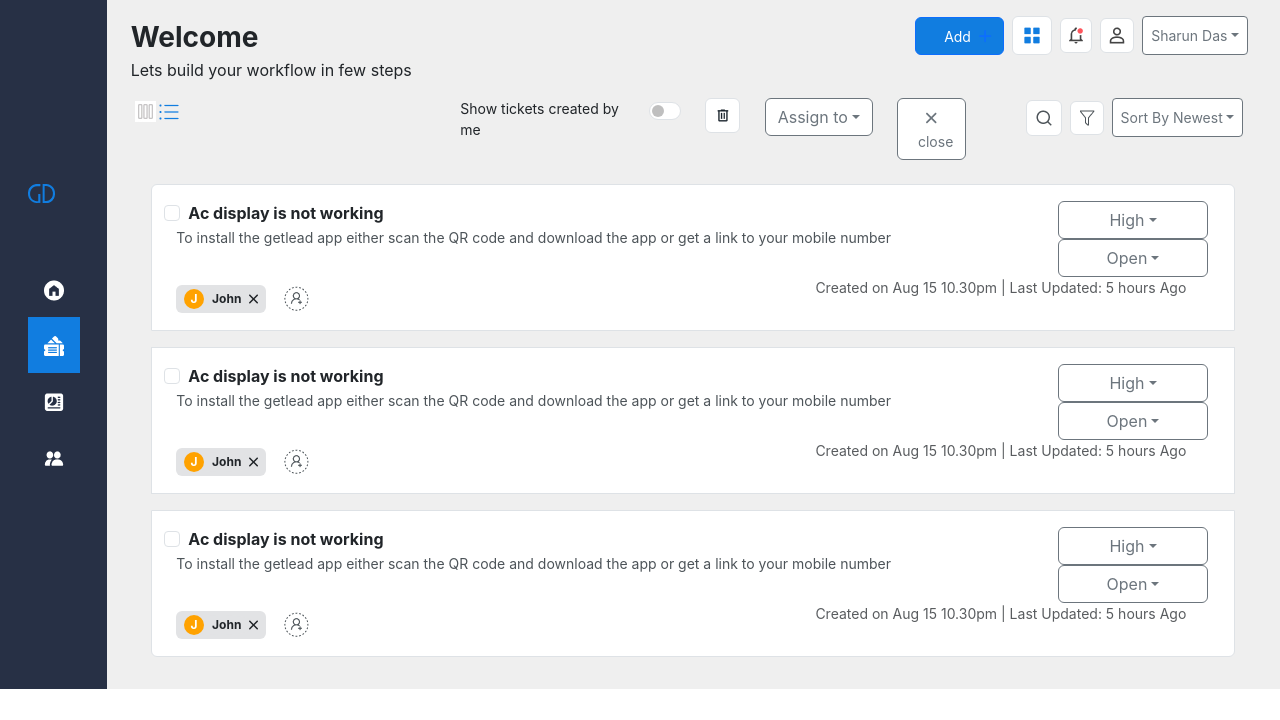
Repository: rishikarajeev/GL_HelpDesk
Page: /
An editor plug-in stored every save of this project. The page is shown before and after a run of saves, followed by the edit.
The browser window is 1280 px wide. The pictures show the whole page.
The project was rebuilt for these pictures with package versions that can differ from the ones it lists, and the page was loaded fresh each time. Also part of the build but not shown: src/App.css, src/Pages/HomePage.jsx.

Above is the page before, as saved 2024-01-11 14:10:08.

### public/index.html
<!DOCTYPE html>
<html lang="en">
  <head>
    <meta charset="utf-8" />
    <link rel="icon" href="%PUBLIC_URL%/favicon.ico" />
    <meta name="viewport" content="width=device-width, initial-scale=1" />
    <meta name="theme-color" content="#000000" />
    <meta
      name="description"
      content="Web site created using create-react-app"
    />
    <link rel="apple-touch-icon" href="%PUBLIC_URL%/logo192.png" />
    <link href="https://cdn.jsdelivr.net/npm/bootstrap@5.3.2/dist/css/bootstrap.min.css" rel="stylesheet" integrity="sha384-T3c6CoIi6uLrA9TneNEoa7RxnatzjcDSCmG1MXxSR1GAsXEV/Dwwykc2MPK8M2HN" crossorigin="anonymous">
   <script src="https://cdn.jsdelivr.net/npm/bootstrap@5.3.2/dist/js/bootstrap.bundle.min.js" integrity="sha384-C6RzsynM9kWDrMNeT87bh95OGNyZPhcTNXj1NW7RuBCsyN/o0jlpcV8Qyq46cDfL" crossorigin="anonymous"></script>

   <!--
      manifest.json provides metadata used when your web app is installed on a
      user's mobile device or desktop. See https://developers.google.com/web/fundamentals/web-app-manifest/
    -->
    <link rel="manifest" href="%PUBLIC_URL%/manifest.json" />
    <!--
      Notice the use of %PUBLIC_URL% in the tags above.
      It will be replaced with the URL of the `public` folder during the build.
      Only files inside the `public` folder can be referenced from the HTML.

      Unlike "/favicon.ico" or "favicon.ico", "%PUBLIC_URL%/favicon.ico" will
      work correctly both with client-side routing and a non-root public URL.
      Learn how to configure a non-root public URL by running `npm run build`.
    -->
    <title>React App</title>
  </head>
  <body>
    <noscript>You need to enable JavaScript to run this app.</noscript>
    <div id="root"></div>
    <!--
      This HTML file is a template.
      If you open it directly in the browser, you will see an empty page.

      You can add webfonts, meta tags, or analytics to this file.
      The build step will place the bundled scripts into the <body> tag.

      To begin the development, run `npm start` or `yarn start`.
      To create a production bundle, use `npm run build` or `yarn build`.
    -->
  </body>
</html>

### src/index.js
import React from "react";
import ReactDOM from "react-dom/client";
import "./index.css";
import App from "./App";
import reportWebVitals from "./reportWebVitals";


const root = ReactDOM.createRoot(document.getElementById("root"));
root.render(<App />);

// If you want to start measuring performance in your app, pass a function
// to log results (for example: reportWebVitals(console.log))
// or send to an analytics endpoint. Learn more: https://bit.ly/CRA-vitals
reportWebVitals();

### src/App.js
import logo from "./logo.svg";
import "./App.css";

import { BrowserRouter, Route, Routes } from "react-router-dom";
import ViewTickets from "./Pages/ViewTickets";
import HomePage from "./Pages/HomePage";
import SideBar from "./Components/SideBar";
import { Container, Row, Col } from "react-bootstrap";
import Header from "./Components/Header";
import "./Assets/Css/Styles.css"

function App() {
  return (
    <BrowserRouter>
      <Container fluid>
        <Row>
          <Col xl={1} className="sideBg">
            <SideBar />
          </Col>
          <Col xl={11} className="bgColor">
            <Header />
            <Routes>
              <Route path="/" element={<ViewTickets />}></Route>
              <Route path="/showtickets" element={<ViewTickets />}></Route>
              <Route path="/home" element={<HomePage />}></Route>
            </Routes>
          </Col>
        </Row>
      </Container>
    </BrowserRouter>
  );
}

export default App;

### src/Pages/ViewTickets.jsx
import React from "react";
import TicketItem from "../Components/TicketItem";
import {
  Container,
  Row,
  Col,
  Navbar,
  Nav,
  Button,
  ListGroup,
  Dropdown,Image
} from "react-bootstrap";
import column_icon from "../Assets/Images/fluent_column-triple-20-regular.jpg";
import list_icon from "../Assets/Images/ph_list-bullets-light.png";
import search_icon from "../Assets/Images/ri_search-line.png";
import delete_icon from "../Assets/Images/material-symbols_delete-outline.jpg";
import { FontAwesomeIcon } from "@fortawesome/react-fontawesome";
import { faTimes } from "@fortawesome/free-solid-svg-icons";
import filter_icon from "../Assets/Images/cil_filter.png";

function ViewTickets() {
  return (
    <Container >
      <Row className=" mt-3 mb-2  ">
        <Col>
          <img src={column_icon} alt="Local Icon" />

          <img src={list_icon} />
        </Col>
        <Col className="d-none d-lg-block">
          <div class="form-check form-switch ms-0 d-flex align-items-start">
          <label
              class="form-check-label small me-5 p "
              for="flexSwitchCheckDefault"
            >
              Show tickets created by me
            </label>
          <input
              className="form-check-input p-2"
              type="checkbox"
              role="switch"
              id="flexSwitchCheckDefault"
            />



          </div>
        </Col>
        <Col className="d-none d-md-block ">
          <Row >
          <Col >
          <Image
            src={delete_icon}
            alt="Local Icon"
            className="img-thumbnail  bg-white p-2"
          />
          </Col>
          <Col>
            <Dropdown >
              <Dropdown.Toggle variant="outline-secondary" id="dropdown-basic"  className="bg-white" >
              Assign to
              </Dropdown.Toggle>

              <Dropdown.Menu>
                <Dropdown.Item href="#/action-1">Assign to </Dropdown.Item>
                <Dropdown.Item href="#/action-2">Sharun</Dropdown.Item>

              </Dropdown.Menu>
            </Dropdown>
            </Col>
            <Col>
          <Button variant="btn btn-outline-secondary bg-white ">
            <FontAwesomeIcon icon={faTimes} className="small" />
            <span className="small ms-2">close</span>
          </Button>
          </Col>
          </Row>
        </Col>
        <Col className="text-end d-none d-lg-block">
          <img
            src={search_icon}
            alt="Local Icon"
            className="img-thumbnail me-2 p-2 bg-white"
          />
          <img
            src={filter_icon}
            alt="Local Icon"
            className="img-thumbnail me-2 p-2 bg-white"
          />
          <button
            class="btn btn-outline-secondary btn-sm dropdown-toggle me-2  p-2 bg-white"
            type="button"
            data-bs-toggle="dropdown"
            aria-expanded="false"
          >
            Sort By Newest
          </button>
        </Col>
      </Row>
      <ListGroup className="p-3">
        <ListGroup.Item className=" border mb-3">
          <TicketItem />
        </ListGroup.Item>
        <ListGroup.Item className=" border mb-3">
          <TicketItem />
        </ListGroup.Item>
        <ListGroup.Item className=" border mb-3">
          <TicketItem />
        </ListGroup.Item>
      </ListGroup>
    </Container>
  );
}

export default ViewTickets;

### src/Components/SideBar.jsx
import React, { useState } from "react";
import { Navbar, Nav } from "react-bootstrap";
import ticketIcon from "../Assets/Images/Layer_1.png";
import logo from "../Assets/Images/logo.png";
import profile from "../Assets/Images/profile_icon.png";
import filemanagr from "../Assets/Images/Frame.png";
import homeIcon from "../Assets/Images/el_home-alt.png";
import "../Assets/Css/Styles.css";

function SideBar() {
  const [activeIcon, setActiveIcon] = useState("tickets"); // Set the initial active icon

  return (
    <Navbar expand="lg" variant="dark" className=" p-3  h-100">
      <Navbar.Toggle aria-controls="sidebar" className="order-0 ml-auto" />
      <Navbar.Collapse id="sidebar">
        <Nav className="flex-column sideBg">
          <Navbar.Brand className="mb-5">
            {" "}
            <img src={logo} alt="Home Icon " className="icon" />
          </Navbar.Brand>

          <Nav.Item
            className={`nav-item p-2 ${
              activeIcon === "home" ? "selectedColor" : ""
            }`}
          >
            <Nav.Link
              className="nav-link text-white"
              onClick={() => setActiveIcon("home")}
              href="/home"
            >
              <img src={homeIcon} alt="Home Icon" className="icon" />
            </Nav.Link>
          </Nav.Item>
          <Nav.Item
            className={`nav-item p-2 ${
              activeIcon === "tickets" ? "selectedColor" : ""
            }`}
          >
            <Nav.Link
              className="nav-link"
              onClick={() => setActiveIcon("tickets")}
              href="/showtickets"
            >
              <img src={ticketIcon} alt="Ticket Icon" className="icon" />
            </Nav.Link>
          </Nav.Item>
          <Nav.Item
            className={`nav-item p-2 ${
              activeIcon === "file" ? "selectedColor" : ""
            }`}
          >
            <Nav.Link
              className="nav-link"
              onClick={() => setActiveIcon("file")}
              href="#"
            >
              <img src={filemanagr} alt="file Icon" className="icon" />
            </Nav.Link>
          </Nav.Item>
          <Nav.Item
            className={`nav-item p-2 ${
              activeIcon === "profile" ? "selectedColor" : ""
            }`}
          >
            <Nav.Link
              className="nav-link"
              onClick={() => setActiveIcon("profile")}
              href="#"
            >
              <img src={profile} alt="profile Icon" className="icon" />
            </Nav.Link>
          </Nav.Item>
          <Nav.Item
            className={`nav-item p-2 ${
              activeIcon === "settings" ? "selectedColor" : ""
            }`}
          >
            <Nav.Link
              className="nav-link text-white"
              onClick={() => setActiveIcon("settings")}
              href="#"
            >
              <i className="fas fa-cogs"></i>
            </Nav.Link>
          </Nav.Item>
        </Nav>
      </Navbar.Collapse>
    </Navbar>
  );
}

export default SideBar;

### src/Components/Header.jsx
import React from "react";

import menu_icon from "../Assets/Images/ep_menu.png";
import notificatn_icon from "../Assets/Images/Group 10.png";
import user_icon from "../Assets/Images/ooui_user-avatar-outline.png";
import { Container, Row, Col, Navbar, Nav, Button } from "react-bootstrap";
import { FontAwesomeIcon } from "@fortawesome/react-fontawesome";
import { faTimes,faPlus  } from "@fortawesome/free-solid-svg-icons";

function Header() {
  return (
    <Container fluid>
      <Row className=" justify-content-end mt-3 mb-3">
        <Col sm={8}>
          <Row>
            <a class="navbar-brand fs-3 fw-bolder" href="#">
              Welcome
            </a>
          </Row>
          <Row>
            <span>Lets build your workflow in few steps</span>
          </Row>
        </Col>

        <Col sm={4} className="text-end">
        <Button variant="btn btn-outline-primary selectedColor me-2">
        <span className="small ms-2 text-white p-2">Add</span>
            <FontAwesomeIcon icon={faPlus } className="small" />

          </Button>
          <img
            src={menu_icon}
            alt="Local Icon"
            className="img-thumbnail me-2 p-2 bg-white"
          />
          <img
            src={notificatn_icon}
            alt="Local Icon"
            className="img-thumbnail me-2 p-2 bg-white"
          />
          <img
            src={user_icon}
            alt="Local Icon"
            className="img-thumbnail me-2 p-2 bg-white"
          />
          <button
            className="btn btn-outline-secondary btn-sm dropdown-toggle me-2 p-2 bg-white"
            type="button"
            data-bs-toggle="dropdown"
            aria-expanded="false"
          >
            Sharun Das
          </button>
        </Col>
      </Row>
    </Container>
  );
}

export default Header;

### src/Assets/Css/Styles.css
.sideBg{
    background-color:  #273045;
    text-align: left;


}
.selectedColor{
    background-color:  #117DE0;


}
.bgColor{
    background-color:  #EFEFEF;

}
.txt-ticket-color{
  color:#4D5459

}


  .circle-icon {
    width: 20px;
    height: 20px;
    border-radius: 50%;
    background-color: #ffa200; /* Choose your desired background color */
    display: flex;
    align-items: center;
    justify-content: center;
    color: #fff; /* Choose your desired text color */
  }
  .close-icon {
    position: absolute;
    color:black;
    top: 50%;
    left: 50%;
    transform: translate(-50%, -50%);
  }

### src/Components/TicketItem.jsx
import React from "react";
import { Container, Row, Col, Button, Image,Dropdown } from "react-bootstrap";
import UserBadge from "../Components/UserBadge";
import userAddIcon from "../Assets/Images/Group 758674.png";

function TicketItem() {
  const userName = "John";
  return (
    <Container fluid className="p-2">
      <Row>
        <Col xl={10}>
          <Row>
            <div className="form-check">
              <input
                className="form-check-input"
                type="checkbox"
                value=""
                id="flexCheckDefault"
              />
              <label
                className="form-check-label  fw-bolder"
                htmlFor="flexCheckDefault"
              >
                Ac display is not working
              </label>
            </div>
          </Row>
          <Row>
            <p className="small text-wrap txt-ticket-color">
              To install the getlead app either scan the QR code and download
              the app or get a link to your mobile number
            </p>
          </Row>
        </Col>
        <Col xl={2}>
          <Row>
            <Dropdown >
              <Dropdown.Toggle variant="outline-secondary" id="dropdown-basic" style={{ width: '150px' }}>
               High
              </Dropdown.Toggle>

              <Dropdown.Menu>
                <Dropdown.Item href="#/action-1">High </Dropdown.Item>
                <Dropdown.Item href="#/action-2">Low</Dropdown.Item>

              </Dropdown.Menu>
            </Dropdown>

            <Dropdown>
              <Dropdown.Toggle variant="outline-secondary" id="dropdown-basic" style={{ width: '150px' }}>
               Open
              </Dropdown.Toggle>

              <Dropdown.Menu>
                <Dropdown.Item href="#/action-1">Open </Dropdown.Item>
                <Dropdown.Item href="#/action-2">Pending</Dropdown.Item>

              </Dropdown.Menu>
            </Dropdown>
          </Row>
        </Col>
        <Row>
          <Col xl={5} className="mt-2">
            <Row>
              <Col sm={3}>
                <UserBadge name={userName} />
              </Col>
              <Col sm={2}>
                <Image src={userAddIcon} alt="Local Icon" rounded />
              </Col>
            </Row>
          </Col>

          <Col xl={7} className="text-end">
            <p className="text-muted small">
              Created on Aug 15 10.30pm | Last Updated: 5 hours Ago
            </p>
          </Col>
        </Row>
      </Row>
    </Container>
  );
}

export default TicketItem;

### src/Components/UserBadge.jsx
// UserBadge.js
import React from "react";
import { Badge } from "react-bootstrap";
import "../Assets/Css/Styles.css";
import { FontAwesomeIcon } from "@fortawesome/react-fontawesome";
import { faTimes } from "@fortawesome/free-solid-svg-icons";

const UserBadge = ({ name }) => {
  const initials = name
    .split(" ")
    .map((word) => word[0])
    .join("");

  return (
    <div>
      <Badge bg="secondary-subtle ">
        <div className="rounded-circle bg-secondary-subtle text-dark d-flex align-items-center justify-content-center">
          <div className="circle-icon">
            {" "}
            <span>{initials} </span>{" "}
          </div>
          <span className="ms-2">{name} </span>

          <FontAwesomeIcon icon={faTimes} className=" ms-2" />
        </div>
      </Badge>
    </div>
  );
};

export default UserBadge;

Loaded but not shown: src/index.css (common file); src/reportWebVitals.js (common file)

After the next 9 saves:
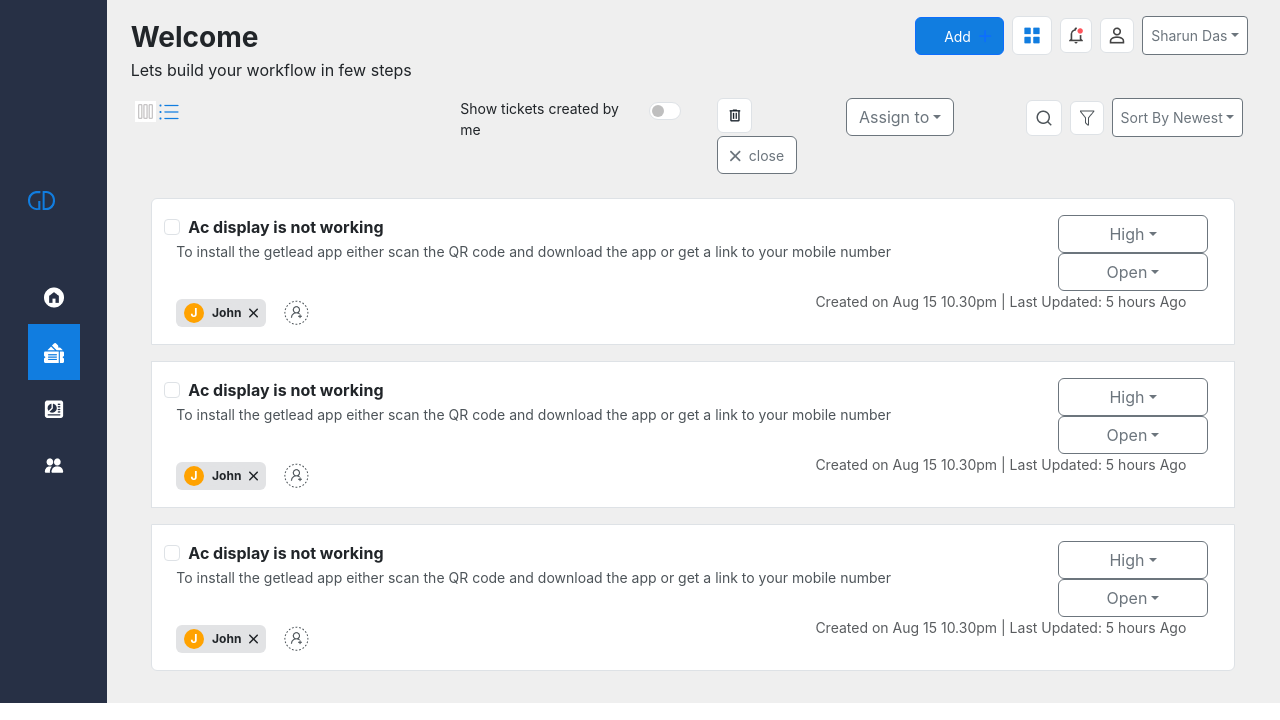
The 9 saves are shown as one change because they came seconds apart.
The last was saved 98 s later.
--- a/src/Pages/ViewTickets.jsx
+++ b/src/Pages/ViewTickets.jsx
@@ -47,6 +47,7 @@
           </div>
         </Col>
         <Col className="d-none d-md-block ">
+          <Container>
           <Row >
           <Col >
           <Image
@@ -75,6 +76,7 @@
           </Button>
           </Col>
           </Row>
+          </Container>
         </Col>
         <Col className="text-end d-none d-lg-block">
           <img

After the 6 saves that followed:
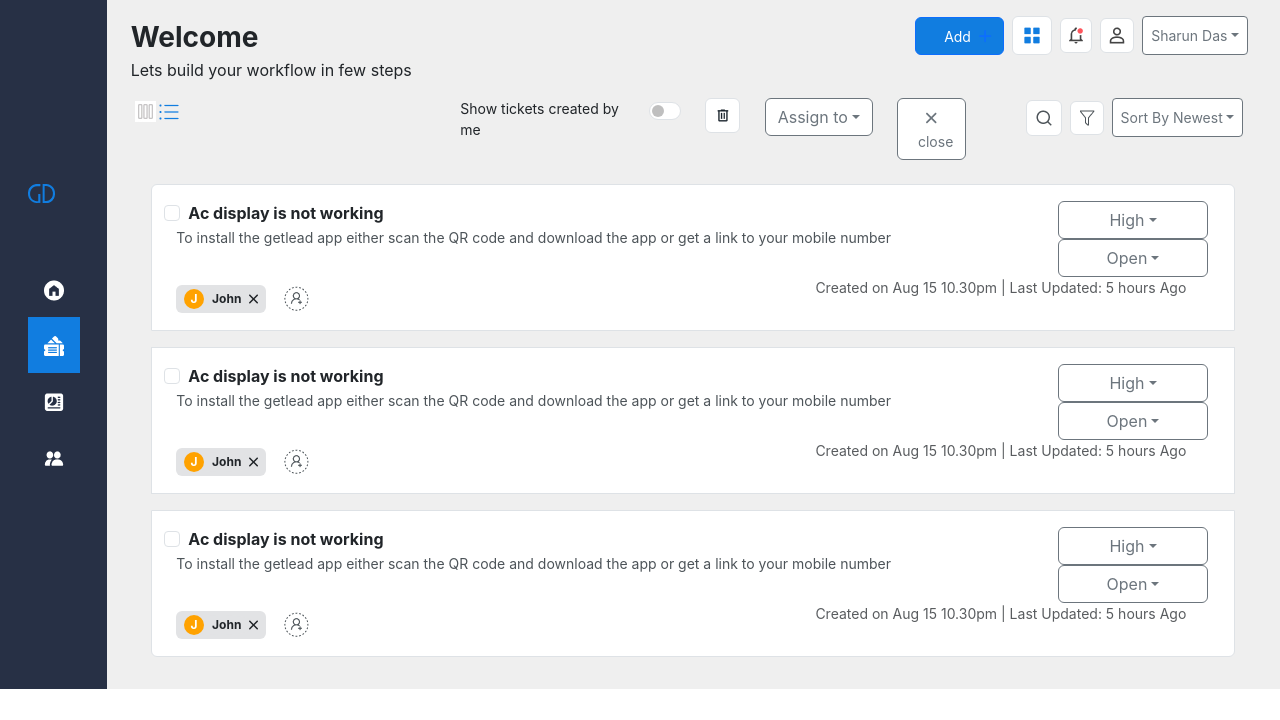
The 6 saves are shown as one change because they came seconds apart.
The last was saved 20 s later.
--- a/src/Pages/ViewTickets.jsx
+++ b/src/Pages/ViewTickets.jsx
@@ -47,7 +47,7 @@
           </div>
         </Col>
         <Col className="d-none d-md-block ">
-          <Container>
+
           <Row >
           <Col >
           <Image
@@ -76,7 +76,6 @@
           </Button>
           </Col>
           </Row>
-          </Container>
         </Col>
         <Col className="text-end d-none d-lg-block">
           <img
